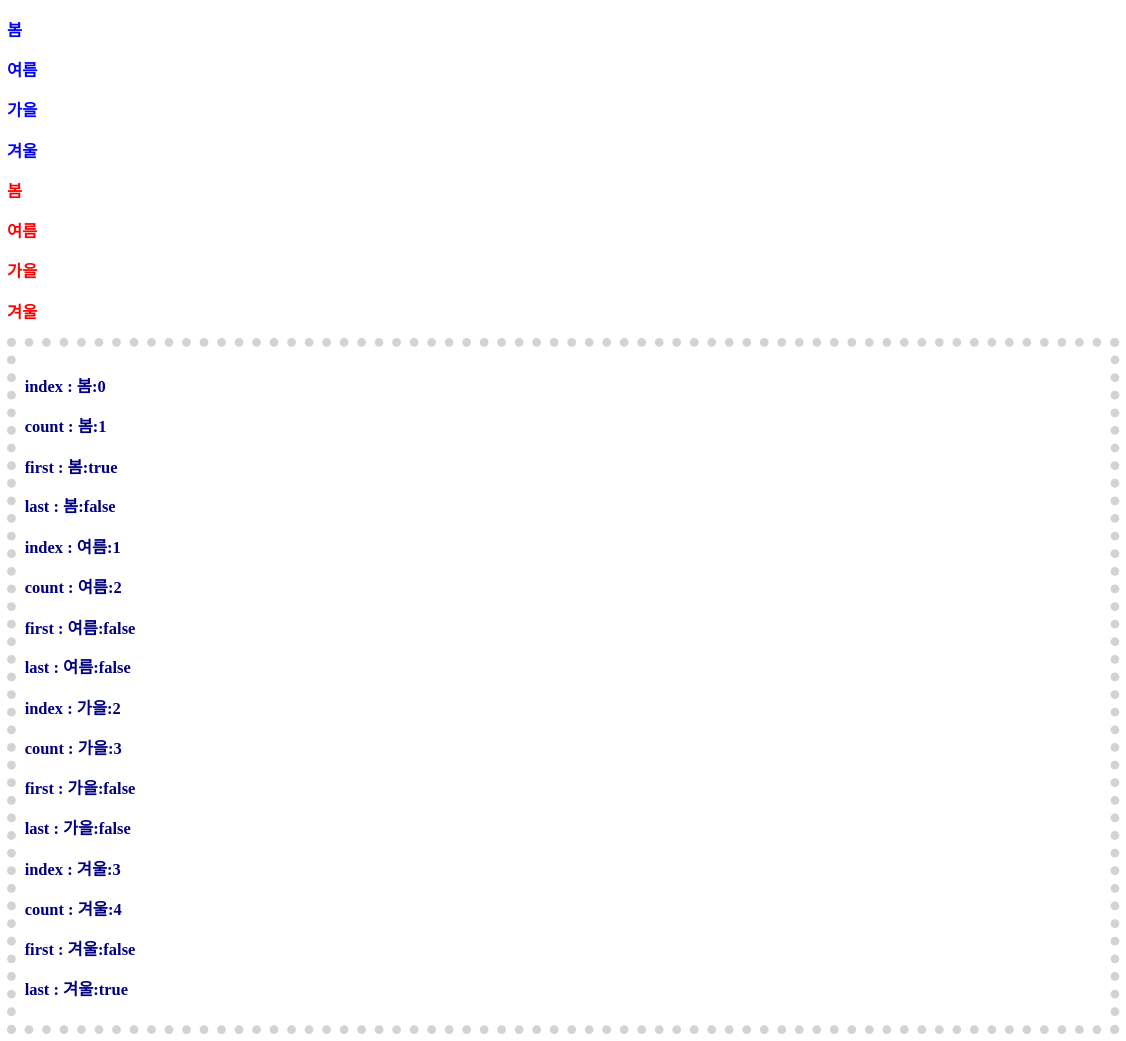
Repository: UnibusK/Java-Study
Page: http://localhost/JSP31/
These files come from the project's save history. The page is drawn as it stood at one moment and after the next save; the edit follows.
The browser window is 1280 px wide. The pictures show the whole page, at 88% of full size.
The page is served by Tomcat 9.

Above is the page before, as saved 2023-12-07 06:18:03.

After the next save:
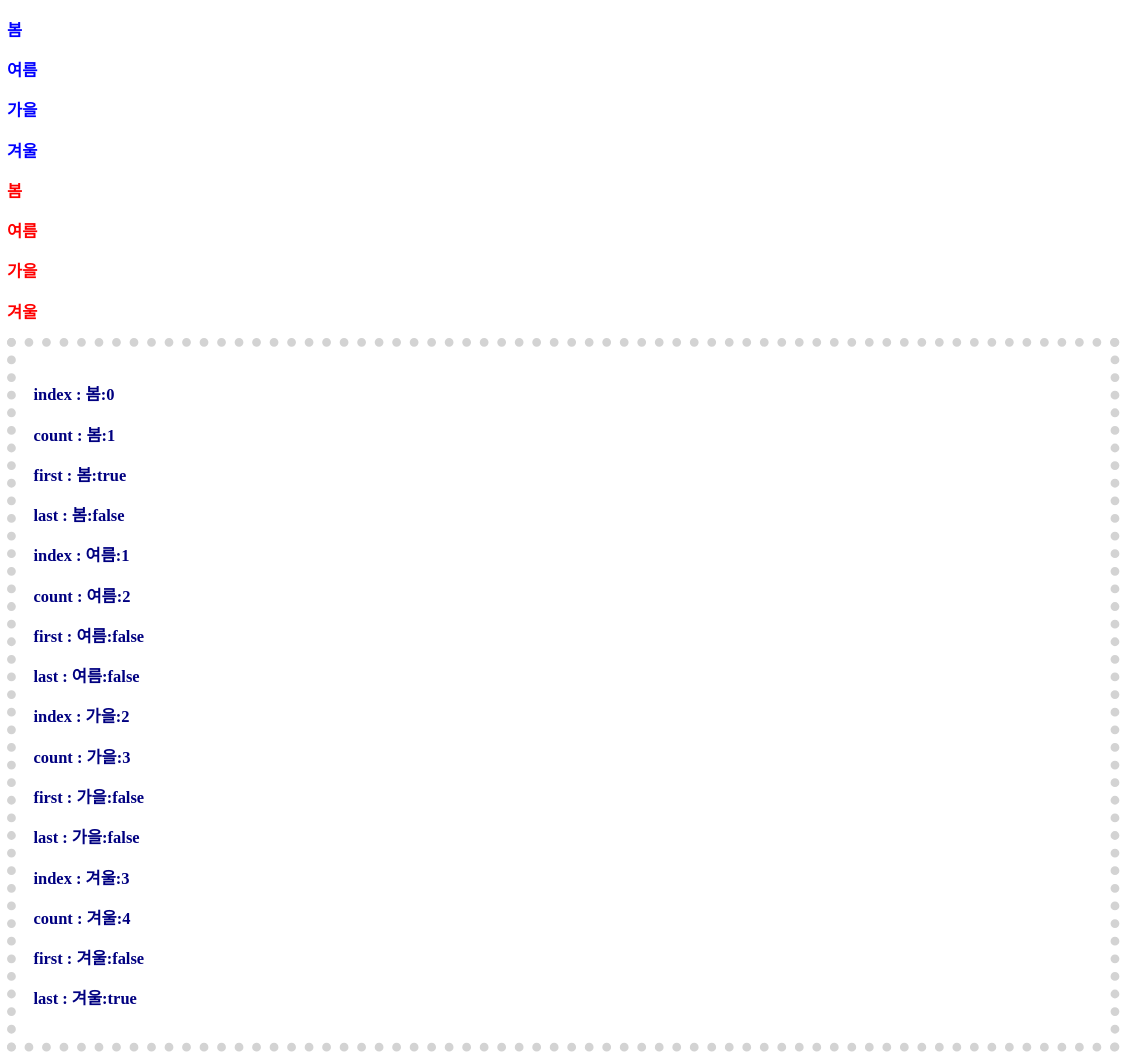
Saved 10 s later.
--- a/JSP/JSP31/src/main/webapp/index.jsp
+++ b/JSP/JSP31/src/main/webapp/index.jsp
@@ -28,7 +28,7 @@
 		<!-- varStatue.last : 최후의 데이터 인지를 판별, 값은 boolean을 갖고 있음 -->
 		<c:forEach var="str" items="${arr }" varStatus="iter">
 			<c:if test="${iter.first }">
-				<div style="border:10px dotted lightgray; padding:10px;">
+				<div style="border:10px dotted lightgray; padding:20px;">
 			</c:if>
 			<!-- index -->
 			<h3 style='color:navy;'>index : ${str }:${iter.index }</h3>
